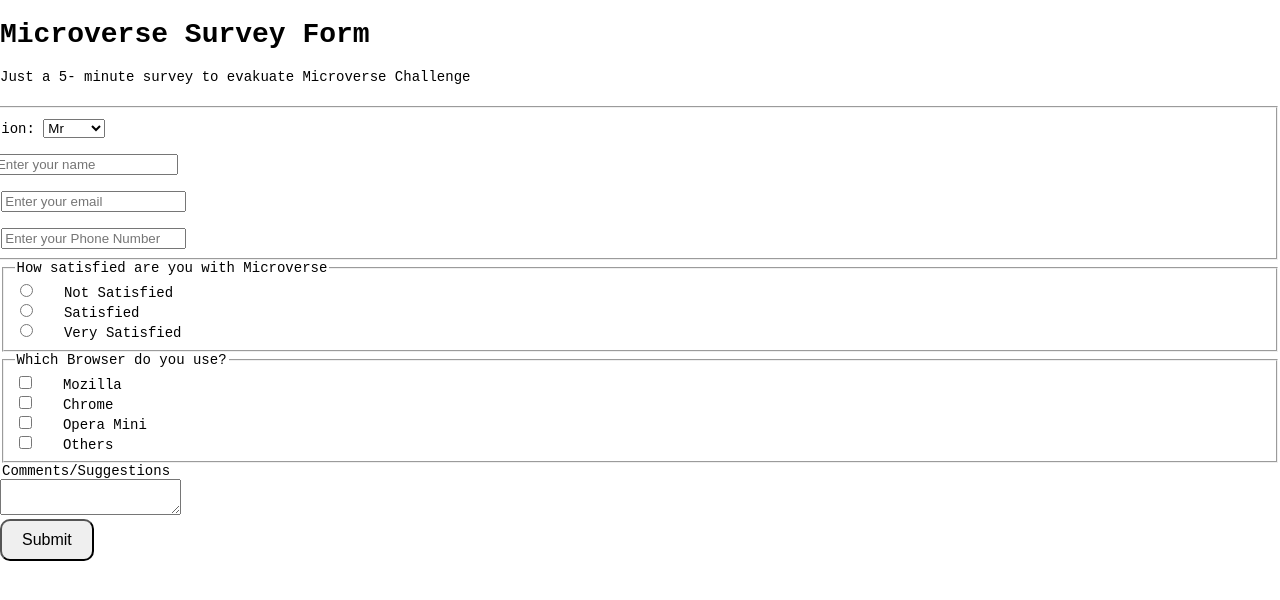
Repository: ahmedmeshref/Microverse-project
Page: index.html
The author's editor kept a copy of each file at every save. The page is drawn from the files as they stood at one save, then again after the next save.
The browser window is 1280 px wide. The pictures show the whole page.

Above is the page before, as saved 2019-03-29 16:06:33.

After the next save:
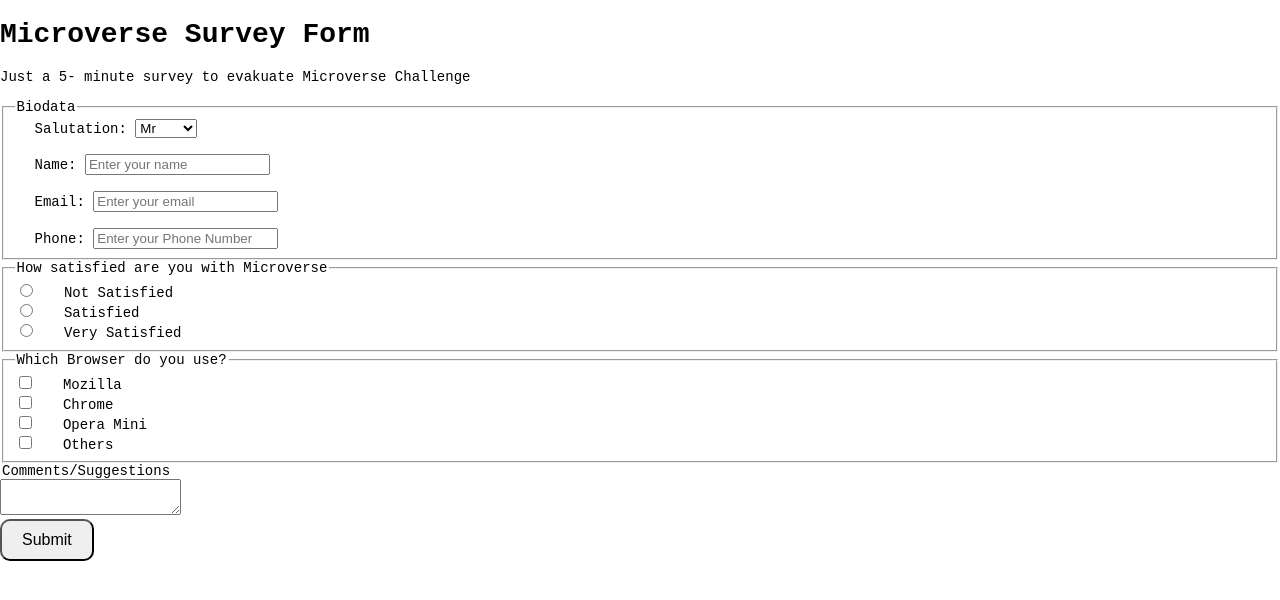
Saved 72 s later.
--- a/css/style.css
+++ b/css/style.css
@@ -10,11 +10,11 @@
     margin: 5px;
 }
 
-.bio {}
-
-#intro {
+.bio {
     margin-left: -90px;
 }
+
+#intro {}
 
 label {
     margin-left: 20px;

After the save that followed:
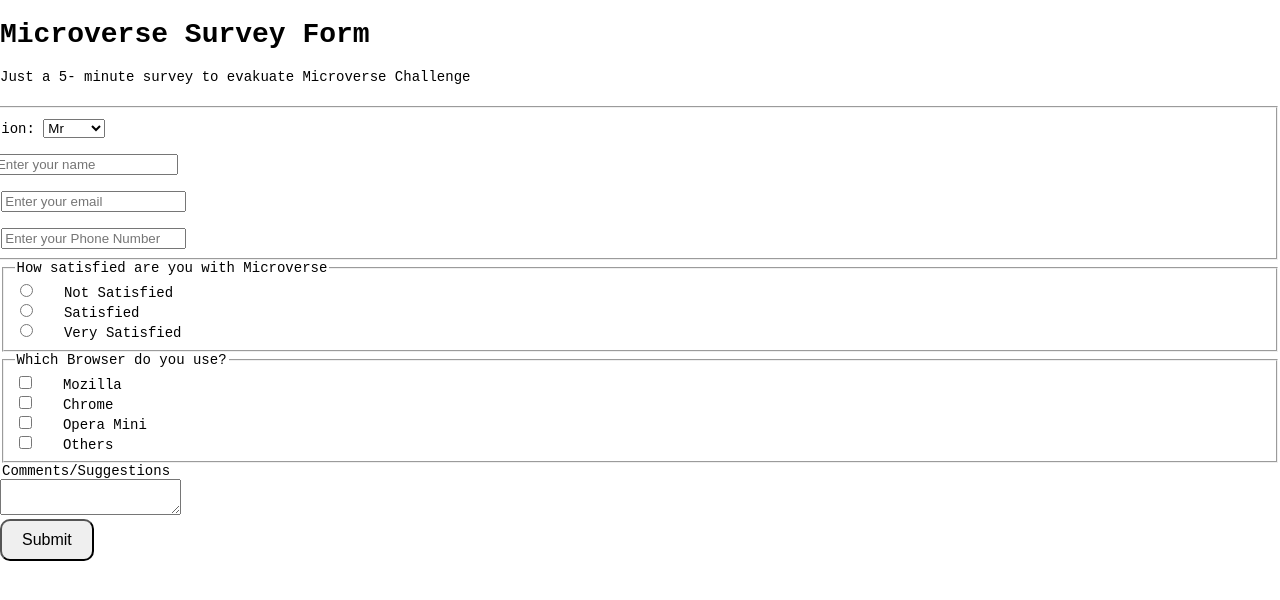
Saved 49 s later.
--- a/css/style.css
+++ b/css/style.css
@@ -10,11 +10,11 @@
     margin: 5px;
 }
 
-.bio {
+.bio {}
+
+#intro {
     margin-left: -90px;
 }
-
-#intro {}
 
 label {
     margin-left: 20px;
